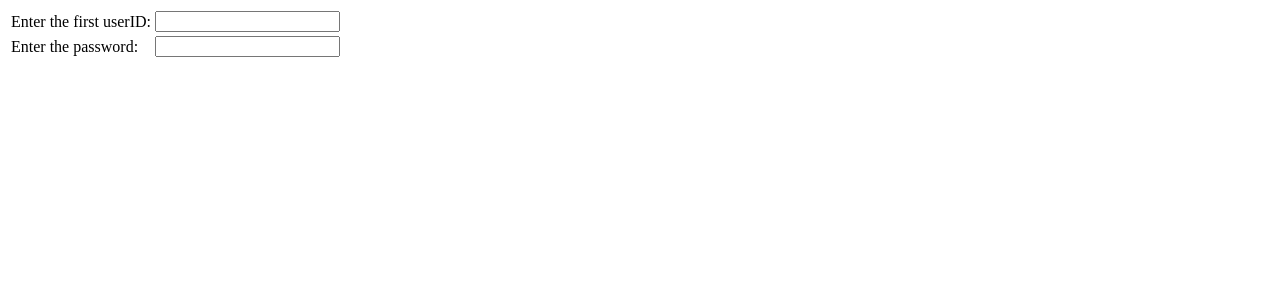
Repository: tushar-TD/Adv_java
Page: My_Servlets/src/main/webapp/Form.html
The author's editor kept a copy of each file at every save. The page is drawn from the files as they stood at one save, then again after the next save.
The browser window is 1280 px wide. The pictures show the whole page.

Above is the page before, as saved 2023-07-04 05:21:59.

After the next save:
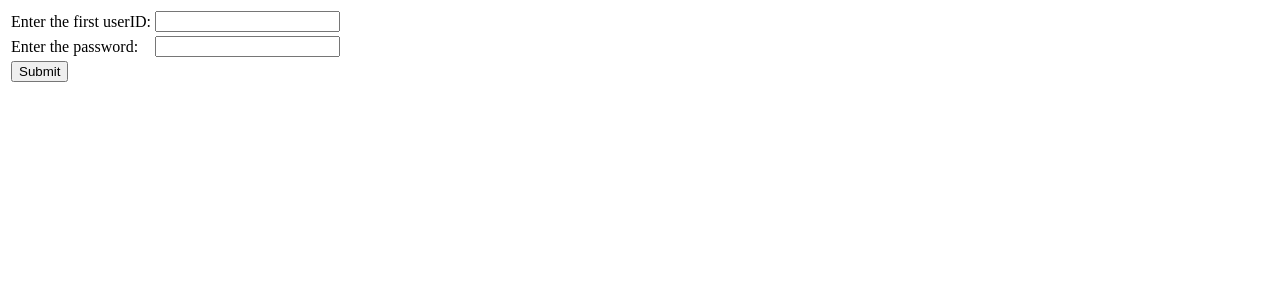
Saved 4 min 27 s later.
--- a/My_Servlets/src/main/webapp/Form.html
+++ b/My_Servlets/src/main/webapp/Form.html
@@ -15,6 +15,9 @@
   <td><label for="uid2">Enter the password:</label></td>
   <td><input type="text" id="pswd" name="pswd"></td>
 </tr>
+<tr>
+	<td><input type="submit"></input></td>
+</tr>
 </table>
 </form>
 </body>
